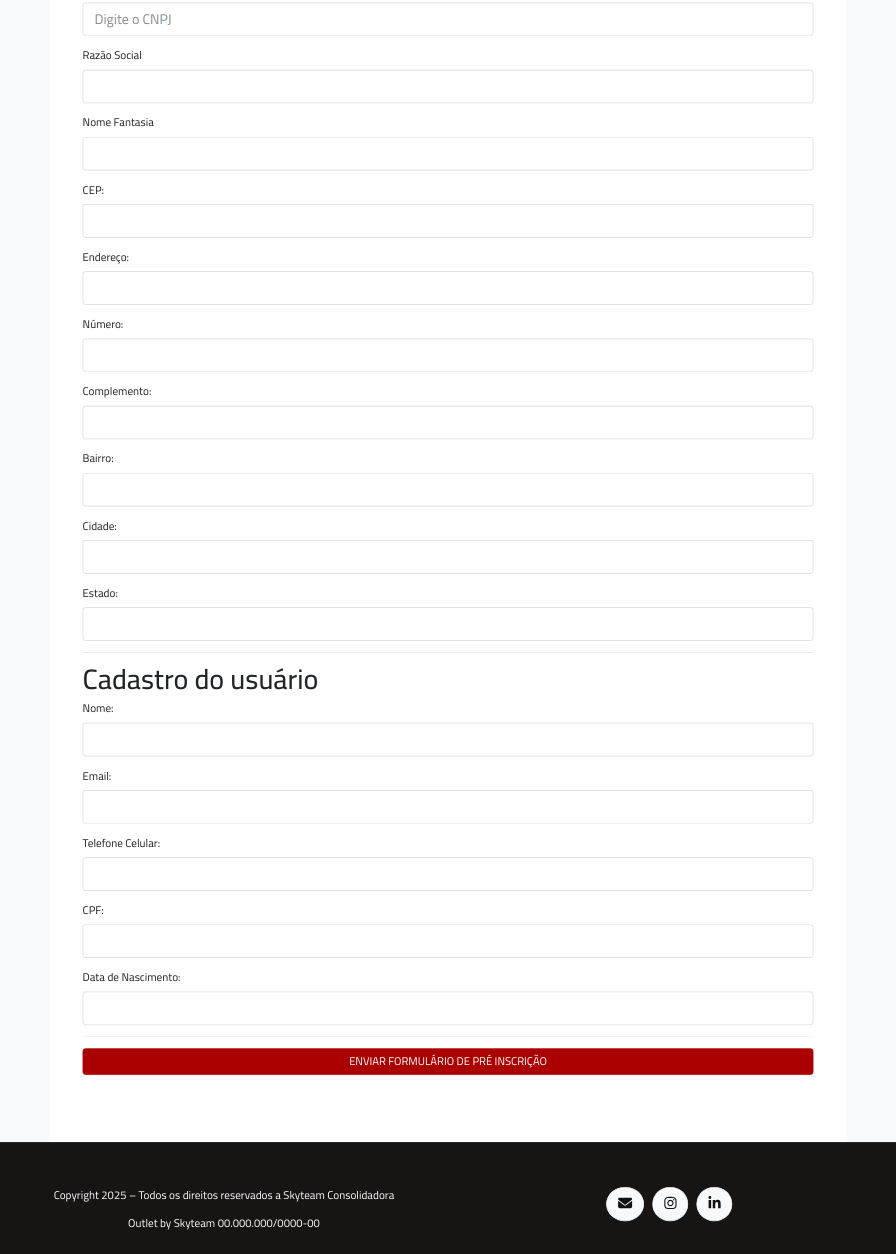
Repository: SkyTeam-Dev/Outlet_Site
Page: Site/Template_Page.html
An editor plug-in stored every save of this project. The page is shown before and after the next save, followed by the edit.
The browser window is 1280 px wide. The pictures show the part of the page from y = 751 to 2671 px (the page is 2543 px tall before and 2671 px after), at 70% of full size.
Some web libraries are served in a nearby version.

Above is the page before, as saved 2025-03-25 19:05:29.

### Site/Template_Page.html
<!DOCTYPE html>
<html lang="pt-br">

<head>
    <title>:: Outlet by Skyteam ::</title>
    <!-- Define uma descrição otimizada para mecanismos de busca (Maximo 160 caracteres mas o recomendado é 50 caracteres) -->
    <meta name="description"
        content="CADASTRO SIMPLES, DESCONTOS E CASHBACK A viagem do seu cliente com as melhores condições Conectamos o agente a descontos imbatíveis Ofereça seus serviços a preços mais atrativos com a Outlet By Skyteam, uma plataforma para reservas de aéreo, hotelaria, seguro-viagem e locação nacional com descontos e cashback, projetada para qualquer agente de viagem" />
    <!-- Define palavras-chave (não tem mais impacto no Google, mas pode ajudar em outros mecanismos) -->
    <meta name="keywords" content="palavra-chave1, palavra-chave2, palavra-chave3">
    <meta charset="utf-8">
    <meta http-equiv="X-UA-Compatible" content="IE=edge">
    <link rel="canonical" href="https://outlet.tur.br/" />
    <link rel='shortlink' href='https://outlet.tur.br/' />

    <!-- Define a indexação pelos mecanismos de busca -->
    <meta name="robots" content="index, follow"> <!-- Para indexar e seguir links -->
    <meta name="googlebot" content="index, follow"> <!-- Específico para o Google -->
    <meta name="bingbot" content="index, follow"> <!-- Específico para o Bing -->

    <!-- GOOGLE JSON-LD para SEO -->
    <script type="application/ld+json">
        {
          "@context": "https://schema.org",
          "@type": "WebSite",
          "name": "Outlet by Skyteam",
          "url": "https://outlet.tur.br",
          "description": "CADASTRO SIMPLES, DESCONTOS E CASHBACK A viagem do seu cliente com as melhores condições Conectamos o agente a descontos imbatíveis Ofereça seus serviços a preços mais atrativos com a Outlet By Skyteam, uma plataforma para reservas de aéreo, hotelaria, seguro-viagem e locação nacional com descontos e cashback, projetada para qualquer agente de viagem.",
          "image": "https://outlet.tur.br/Templates/Default/Imagens/OG_Outlet_Base.jpg",
          "author": {
            "@type": "Person",
            "name": "Outlet"
          },
          "publisher": {
            "@type": "Organization",
            "name": "Outlet by Skyteam",
            "logo": {
              "@type": "ImageObject",
              "url": "https://outlet.tur.br/Templates/Default/Imagens/OG_Outlet_Base.jpg"
            }
          }
        }
        </script>
    <!-- GOOGLE JSON-LD para SEO -->

    <!-- Define o autor do conteúdo -->
    <meta name="author" content="Outlet by Skyteam">

    <!-- Controla como o Google exibe o snippet do site -->
    <meta name="google" content="nosnippet"> <!-- Impede snippets na SERP -->
    <meta name="google" content="max-snippet:-1, max-image-preview:large, max-video-preview:-1">
    <!-- Personaliza como o conteúdo é mostrado -->

    <!-- Diz ao Google para não traduzir a página automaticamente -->
    <meta name="google" content="notranslate">

    <!-- Define a geolocalização para buscas locais -->
    <meta name="DC.title" content="Outlet By SkyTeam" />
    <meta name="geo.region" content="BR-RS" />
    <meta name="geo.placename" content="Porto Alegre" />
    <meta name="geo.position" content="-30.030205;-51.229975" />
    <meta name="ICBM" content="-30.030205, -51.229975" />
    <!-- Criador do conteúdo -->
    <meta name="DC.creator" content="Outlet By SkyTeam">
    <!-- Assunto ou tema do conteúdo -->
    <meta name="DC.subject" content="CADASTRO SIMPLES, DESCONTOS E CASHBACK para qualquer agente de viagem"">
<!-- Descrição do conteúdo -->
<meta name=" DC.description"
        content="CADASTRO SIMPLES, DESCONTOS E CASHBACK A viagem do seu cliente com as melhores condições Conectamos o agente a descontos imbatíveis Ofereça seus serviços a preços mais atrativos com a Outlet By Skyteam, uma plataforma para reservas de aéreo, hotelaria, seguro-viagem e locação nacional com descontos e cashback, projetada para qualquer agente de viagem">

    <!-- Editora ou organização responsável -->
    <meta name="publisher" content="Outlet By SkyTeam">
    <!-- Identificador único (ex: URL, DOI) -->
    <meta name="identifier" content="https://outlet.tur.br">
    <!-- Idioma do conteúdo -->
    <meta name="language" content="pt-BR">

    <!-- Direitos autorais e licenciamento -->
    <meta name="rights" content="© 2025 Outlet By SkyTeam. Todos os direitos reservados.">


    <!-- Definição do protocolo Open Graph BASE -->
    <meta property="og:type" content="website">
    <!-- URL canônica da página -->
    <meta property="og:url" content="https://outlet.tur.br/">
    <!-- Título que aparecerá no compartilhamento -->
    <meta property="og:title" content="Outlet by Skyteam">
    <!-- Descrição curta e chamativa -->
    <meta property="og:description"
        content="CADASTRO SIMPLES, DESCONTOS E CASHBACK A viagem do seu cliente com as melhores condições Conectamos o agente a descontos imbatíveis Ofereça seus serviços a preços mais atrativos com a Outlet By Skyteam, uma plataforma para reservas de aéreo, hotelaria, seguro-viagem e locação nacional com descontos e cashback, projetada para qualquer agente de viagem">
    <!-- Imagem para exibição no compartilhamento -->
    <meta property="og:image" content="https://outlet.tur.br/Templates/Default/Imagens/OG_Outlet_Base.jpg">
    <!-- 1200x630 pixels é o tamanho recomendado pelo Facebook e outras redes sociais -->
    <meta property="og:image:alt" content="Logo da Outlet descrição">
    <!-- Especificações adicionais para a imagem -->
    <meta property="og:image:width" content="1200">
    <meta property="og:image:height" content="630">
    <!-- Nome do site (opcional, mas recomendado) -->
    <meta property="og:site_name" content="Outlet by Skyteam">
    <!-- Idioma da página -->
    <meta property="og:locale" content="pt_BR">
    <!-- Definição do protocolo Open Graph BASE -->

    <!-- Twitter Card -->
    <meta name="twitter:card" content="summary_large_image">
    <meta name="twitter:title" content="Outlet by Skyteam">
    <meta name="twitter:description"
        content="CADASTRO SIMPLES, DESCONTOS E CASHBACK A viagem do seu cliente com as melhores condições Conectamos o agente a descontos imbatíveis Ofereça seus serviços a preços mais atrativos com a Outlet By Skyteam, uma plataforma para reservas de aéreo, hotelaria, seguro-viagem e locação nacional com descontos e cashback, projetada para qualquer agente de viagem">
    <meta name="twitter:image" content="https://outlet.tur.br/Templates/Default/Imagens/OG_Outlet_Base.jpg">
    <!-- Twitter Card -->



    <meta name="viewport" content="width=device-width, initial-scale=1, shrink-to-fit=no">

    <link rel='preconnect' href='//fonts.googleapis.com' />
    <link rel="preconnect" href="//fonts.gstatic.com" crossorigin>
    <link rel='preconnect' href='//jsdelivr.net' />
    <link rel='preconnect' href='//cdn.jsdelivr.net' />
    <link rel='preconnect' href='//code.jquery.com' />



    <!-- CSS -->
    <link rel="stylesheet"
        href="https://cdn.jsdelivr.net/npm/@fortawesome/fontawesome-free@6.7.2/css/fontawesome.min.css">
    <link rel="stylesheet" href="Templates/Default/CSS/bootstrap.css">
    <link rel="stylesheet" href="Templates/Default/CSS/Site.css">

    <link rel="stylesheet" href="https://cdn.jsdelivr.net/npm/slick-carousel@1.8.1/slick/slick.css" />
    <link rel="stylesheet" href="https://cdn.jsdelivr.net/npm/slick-carousel@1.8.1/slick/slick-theme.css" />


    <!-- CSS -->

    <!-- Favicon -->


    <!-- Favicon e Theme Color-->
    <link rel="icon" type="image/png" href="Templates/Default/Imagens/Favicons/favicon-96x96.png" sizes="96x96" />
    <link rel="icon" type="image/svg+xml" href="Templates/Default/Imagens/Favicons/favicon.svg" />
    <link rel="shortcut icon" href="Templates/Default/Imagens/Favicons/favicon.ico" />
    <link rel="icon" href="Templates/Default/Imagens/Favicons/favicon.ico" type="image/x-icon">
    <link rel="apple-touch-icon" sizes="180x180" href="Templates/Default/Imagens/Favicons/apple-touch-icon.png" />
    <link rel="manifest" href="Templates/Default/Imagens/Favicons/site.webmanifest" />
    <link rel="apple-touch-icon" href="Templates/Default/Imagens/Favicons/favicon-96x96.png">
    <meta name="msapplication-TileImage" content="Templates/Default/Imagens/Favicons/favicon-96x96.png">
    <meta name="theme-color" content="#aa0000">
    <meta name="apple-mobile-web-app-capable" content="yes">
    <meta name="apple-mobile-web-app-status-bar-style" content="black-translucent">
    <meta name="msapplication-TileColor" content="#aa0000">
    <!-- Favicon -->


    <!-- Rastreamento e Comunicação -->

    <!-- Rastreamento e Comunicação -->




</head>

<body>

    <div class="container-fluid" id="LoadingPage">
        <div class="row justify-content-center align-items-center text-center">

            <div class="mt-5 col-sm-12 justify-content-center align-items-center text-center">
                <img src="Templates/Default/Imagens/LOGO2.png" class='img-fluid ml-3' alt="Logo" style="height: 60px;">
            </div>
            <div class="col-sm-2 mt-1 justify-content-center align-items-center text-center">
                <div class="LoadingPage mt-5 mb-5"></div>
            </div>

        </div>
    </div>

    <div class="bg-light p-0" id="Site">



        <section id="Cabecalho-Superior" class="p-5 bg-primary">
            <div class="container-fluid justify-content-center align-items-center">
                <!-- =========================== CABEÇALHO (NAVBAR) ============================ -->

                <nav class="navbar navbar-expand-lg navbar-dark">
                    <div class="container-fluid">
                        <!-- Logo / Marca -->
                        <a class="navbar-brand" href="#">
                            <!-- Pode inserir um logo ou texto -->
                            <img src="Templates/Default/Imagens/LOGO1.png" class='img-fluid ml-3' alt="Logo"
                                style="height: 60px;">
                            <!-- Ou usar apenas texto:
                          <span>Outlet</span>
                          -->
                        </a>
                    </div>
                    <!-- Botão para exibir/ocultar menu no mobile -->
                    <button class="text-center btn btn-block navbar-toggler bg-primary text-white collapsed"
                        type="button" data-toggle="collapse" data-target="#navbarNav" aria-controls="navbarNav"
                        aria-expanded="false" aria-label="Toggle navigation">
                        <span class="navbar-toggler-icon"></span>
                    </button>

                    <!-- Itens de navegação -->
                    <div class="text-center justify-content-end align-items-center collapse navbar-collapse"
                        id="navbarNav">
                        <ul class="navbar-nav ">
                            <!-- Ajuste as rotas conforme necessidade -->
                            <li class="nav-item btn font-weight-bold">
                                <a class="nav-link text-white" href="#">Home</a>
                            </li>
                            <li class="nav-item btn font-weight-bold">
                                <a class="nav-link text-white" href="#">Cadastro</a>
                            </li>
                            <li class="nav-item btn font-weight-bold">
                                <a class="nav-link text-white" href="#">Dúvidas</a>
                            </li>
                            <li class="nav-item btn btn-primary text-white font-weight-bold">
                                <a class="nav-link text-white" href="#">Portal Outlet</a>
                            </li>
                        </ul>
                    </div>
                </nav>

                <div class="col-lg-6 col-sm-12 ml-3 mt-5 mb-5">
                    <h1 class="text-white">CADASTRO <span class="font-weight-bold">SIMPLES</span></h1>
                    <h1 class="text-white">E RÁPIDO</h1>
                    <p class="text-white">Preencha o formulário abaixo e aguarde nosso email com
                        o seu login e senha para o Portal Outlet</p>
                </div>

            </div>


        </section>

        <div class="container">

            <div class="row bg-white shadow-lg pb-5 justify-content-center align-items-center">
                <div class="col-sm-12 p-5">
                    <div class="row justify-content-center">

                        <div class="col-xl-12 col-lg-12 col-md-12 col-sm-12 mt-5">
                            <ul class="list-unstyled">
                                <li>Sem consulta, sem buracracia, preencha seus dados ou de sua empresa e pronto!</li>
                                <li>Comece a vender com a Outlet Consolidadora</li>
                                <li>*Para Pessoa Fisica, preencha seus dados pessoais e bancários para formalizar o
                                    cadastro.</li>
                            </ul>
                        </div>

                        <div class="col-xl-12 col-lg-12 col-md-12 col-sm-12 mt-5">

                            <action="#" class="" name="Cadastro-Outlet">
                                <div class="form-group">
                                    <h1>Cadastro de Empresa</h1>
                                </div>
                                <div class="form-group">
                                    <label for="CNPJ_Busca">CNPJ</label>
                                    <input type="text" class="form-control form-control-lg" id="CNPJ_Busca"
                                        placeholder="Digite o CNPJ">
                                </div>

                                <!-- Dados retornados da API -->
                                <div class="form-group">
                                    <label>Razão Social</label>
                                    <input type="text" class="form-control form-control-lg" id="razaoSocial">
                                </div>
                                <div class="form-group">
                                    <label>Nome Fantasia</label>
                                    <input type="text" class="form-control form-control-lg" id="nomeFantasia">
                                    <input type="hidden" class="form-control form-control-lg" id="situacao">
                                    <input type="hidden" class="form-control form-control-lg" id="simples">
                                    <input type="hidden" class="form-control form-control-lg" id="mei">
                                    <input type="hidden" class="form-control form-control-lg" id="atividadePrincipal">
                                    <input type="hidden" class="form-control form-control-lg"
                                        id="atividadesSecundarias">
                                    <input type="hidden" class="form-control form-control-lg" id="socios">
                                </div>

                                <div class="form-group">
                                    <label>CEP:</label>
                                    <input type="text" name="cep" class="form-control form-control-lg" type="text"
                                        id="cep" value="" size="10" maxlength="9" onblur="pesquisacep(this.value);" />
                                </div>
                                <div class="form-group">
                                    <label>Endereço:</label>
                                    <input type="text" name="rua" class="form-control form-control-lg" type="text"
                                        id="rua" size="60" />
                                </div>

                                <div class="form-group">
                                    <label>Número:</label>
                                    <input type="text" name="Numero" class="form-control form-control-lg" type="text"
                                        size="60" />
                                </div>
                                <div class="form-group">
                                    <label>Complemento:</label>
                                    <input type="text" name="Complemento" class="form-control form-control-lg" type="text"
                                         />
                                </div>
                                <div class="form-group">
                                    <label>Bairro:</label>
                                    <input type="text" name="bairro" class="form-control form-control-lg" type="text"
                                        id="bairro" size="40" />
                                </div>
                                <div class="form-group">
                                    <label>Cidade:</label>
                                    <input type="text" name="cidade" class="form-control form-control-lg" type="text"
                                        id="cidade" size="40" />
                                </div>
                                <div class="form-group">
                                    <label>Estado:</label>
                                    <input type="text" name="uf" class="form-control form-control-lg" type="text"
                                        id="uf" size="2" />
                                </div>
                                <div class="form-group">

                                    <input type="hidden" name="ibge" class="form-control form-control-lg" type="text"
                                        id="ibge" size="8" />
                                </div>
                                <hr />
                                <h1>Cadastro do usuário</h1>

                                <div class="form-group">
                                    <label>Nome:</label>
                                    <input type="text" name="Nome_User" class="form-control form-control-lg" type="text"
                                        size="60" />
                                </div>

                                <div class="form-group">
                                    <label>Email:</label>
                                    <input type="text" name="Email_User" class="form-control form-control-lg" type="text"
                                        size="60" />
                                </div>

                                <div class="form-group">
                                    <label>Telefone Celular:</label>
                                    <input type="text" name="Celular_User" class="form-control form-control-lg" type="text"
                                        size="60" />
                                </div>

                                <div class="form-group">
                                    <label>CPF:</label>
                                    <input type="text" name="CPF_User" class="form-control form-control-lg" type="text"
                                        size="60" />
                                </div>

                                <div class="form-group">
                                    <label>Data de Nascimento:</label>
                                    <input type="text" name="Nascimento_User" class="form-control form-control-lg" type="text"
                                        size="60" />
                                </div>

                                <hr />
                                <button type="submit" class="btn btn-primary btn-block">
                                    ENVIAR FORMULÁRIO DE PRÉ INSCRIÇÃO
                                </button>




                                </form>

                        </div>

                    </div>

                </div>

            </div>

        </div>

        <!-- Rodapé -->
        <footer class="bg-gray-site text-light py-3">
            <div class="container-fluid">
                <div class="row">
                    <!-- Coluna com o copyright -->
                    <div class="col-md-6 col-sm-12 mt-5 text-center">
                        <p>Copyright 2025 – Todos os direitos reservados a Skyteam Consolidadora</p>
                        <p>Outlet by Skyteam 00.000.000/0000-00</p>
                    </div>

                    <!-- Coluna com ícones de redes sociais -->
                    <div class="col-md-6 col-sm-12 text-center mt-5">

                        <a href="#" class="mr-2 btn btn-lg btn-light rounded-circle shadow-sm">
                            <i class="fa-solid fa-envelope mt-1"></i>
                        </a>

                        <a href="#" class="mr-2 btn btn-lg btn-light rounded-circle shadow-sm">
                            <i class="fa-brands fa-instagram mt-1"></i>
                        </a>

                        <a href="#" class="mr-2 btn btn-lg btn-light rounded-circle shadow-sm">
                            <i class="fa-brands fa-linkedin-in mt-1"></i>
                        </a>


                    </div>
                </div>
            </div>
        </footer>

    </div>
    </>

    <!-- Scripts Base -->
    <script src="https://cdn.jsdelivr.net/npm/jquery@3.6.0/dist/jquery.min.js"></script>
    <script src="https://cdn.jsdelivr.net/npm/popper.js@1.12.9/dist/umd/popper.min.js"
        integrity="sha384-ApNbgh9B+Y1QKtv3Rn7W3mgPxhU9K/ScQsAP7hUibX39j7fakFPskvXusvfa0b4Q"
        crossorigin="anonymous"></script>
    <script src="https://cdn.jsdelivr.net/npm/bootstrap@4.0.0/dist/js/bootstrap.min.js"
        integrity="sha384-JZR6Spejh4U02d8jOt6vLEHfe/JQGiRRSQQxSfFWpi1MquVdAyjUar5+76PVCmYl"
        crossorigin="anonymous"></script>
    <script src="https://cdn.jsdelivr.net/npm/@fortawesome/fontawesome-free@6.7.2/js/all.min.js"></script>
    <script src="https://cdn.jsdelivr.net/npm/jquery-match-height@0.7.2/dist/jquery.matchHeight.min.js"></script>
    <script src="https://cdn.jsdelivr.net/npm/slick-carousel@1.8.1/slick/slick.min.js"></script>

    <script src="Templates/Default/JS/Site.js"></script>



    <!-- Rastreamento e Comunicação -->

    <!-- Rastreamento e Comunicação -->

</body>

</html>

Loaded but not shown: Site/Templates/Default/CSS/bootstrap.css (library); Site/Templates/Default/JS/Site.js (367 lines, source omitted); Site/Templates/Default/CSS/Site.css (284 lines, source omitted); Site/Templates/Default/WebFonts/WebFont.css (103 lines, source omitted); Site/Templates/Default/CSS/Responsive.css (95 lines, source omitted)

After the next save:
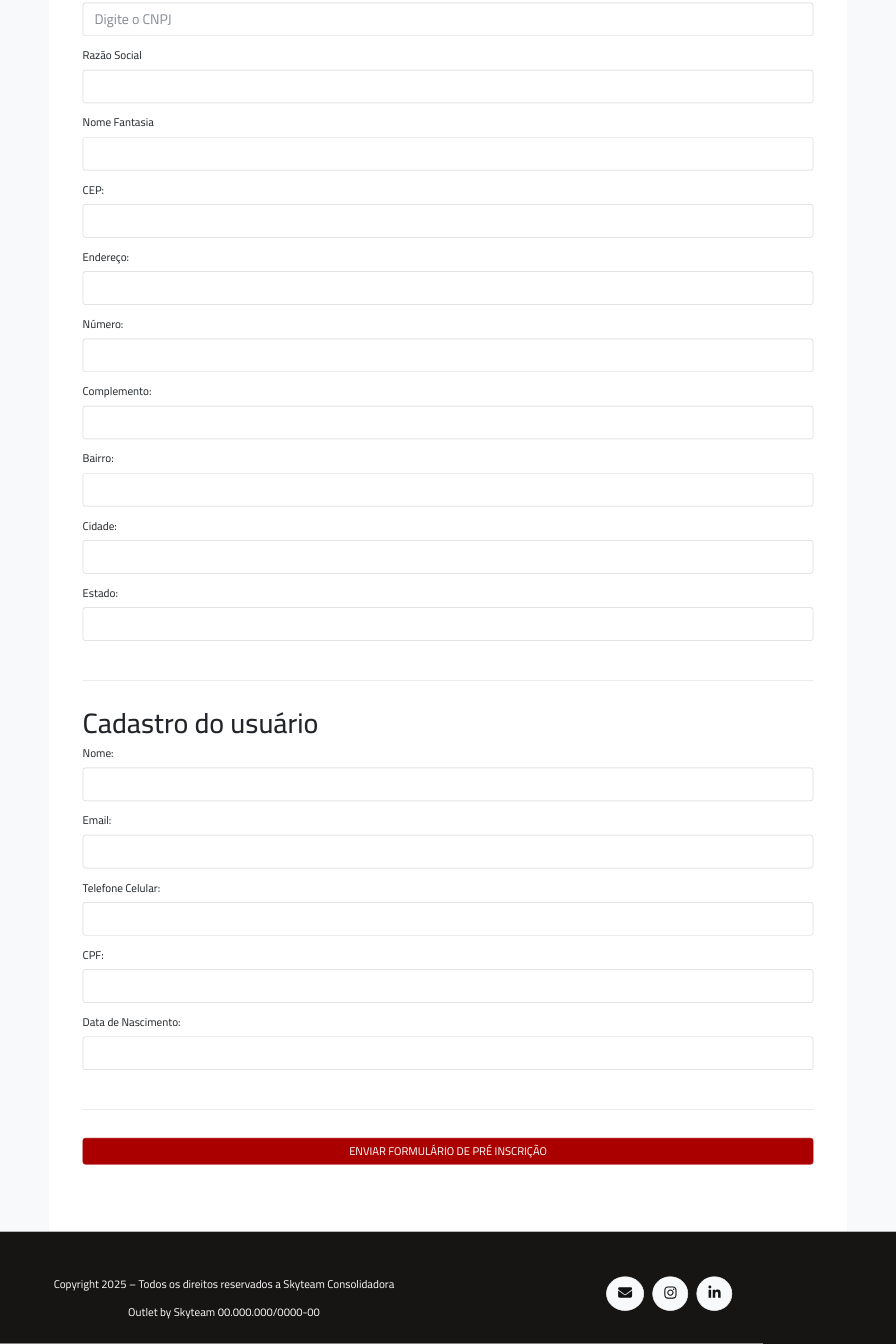
Saved 2 min 9 s later.
--- a/Site/Template_Page.html
+++ b/Site/Template_Page.html
@@ -321,7 +321,9 @@
                                     <input type="hidden" name="ibge" class="form-control form-control-lg" type="text"
                                         id="ibge" size="8" />
                                 </div>
+                                <br/>
                                 <hr />
+                                <br/>
                                 <h1>Cadastro do usuário</h1>
 
                                 <div class="form-group">
@@ -354,7 +356,9 @@
                                         size="60" />
                                 </div>
 
+                                <br/>
                                 <hr />
+                                <br/>
                                 <button type="submit" class="btn btn-primary btn-block">
                                     ENVIAR FORMULÁRIO DE PRÉ INSCRIÇÃO
                                 </button>
